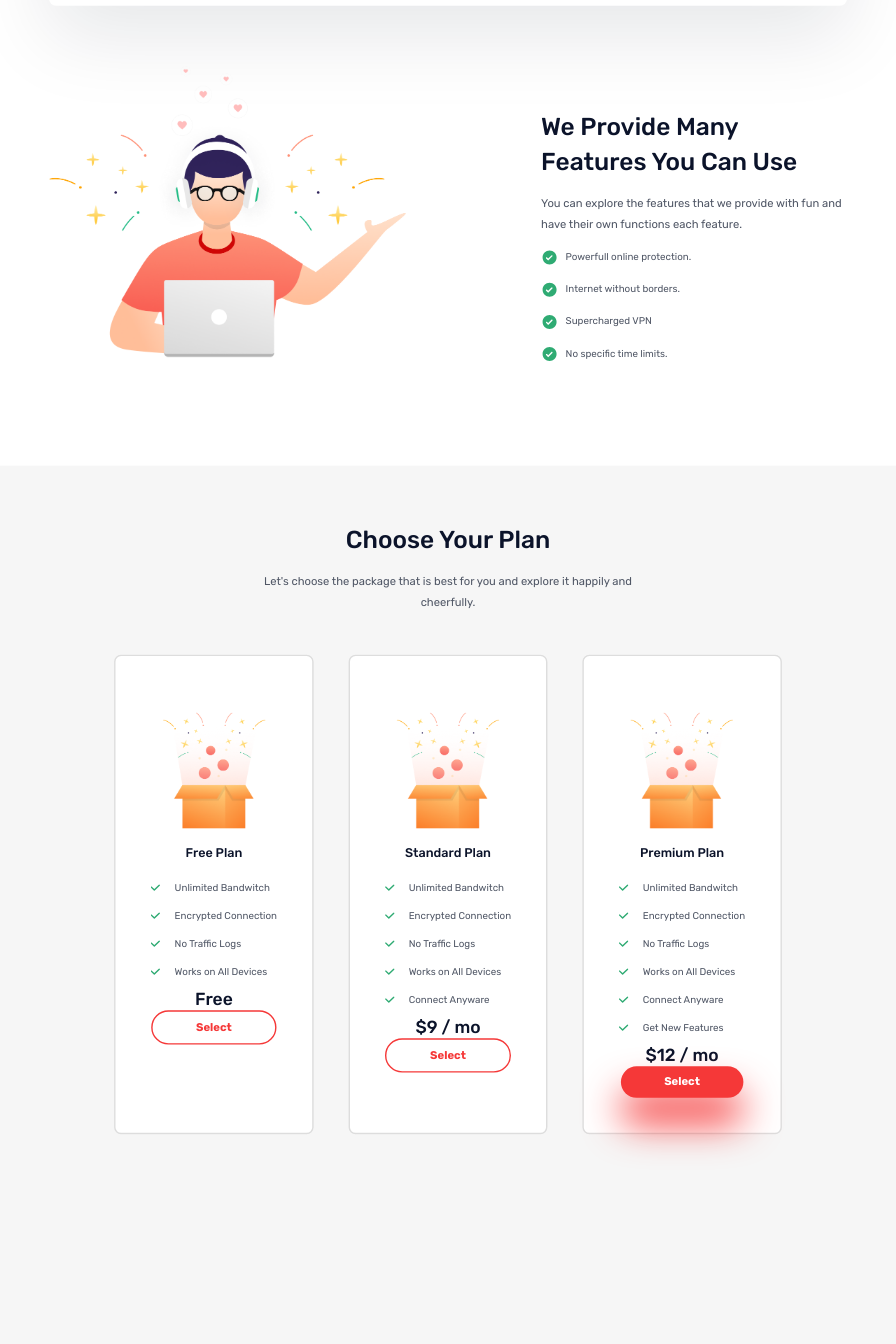
Repository: thefellowshiplotr/lasles_recode
Page: index.html
These files come from the project's save history. The page is drawn as it stood at one moment and after the next save; the edit follows.
The browser window is 1280 px wide. The pictures show the part of the page from y = 826 to 2746 px (the page is 2746 px tall), at 70% of full size.
The style sheet was rebuilt from its Sass, Less or Tailwind sources for each picture, by a compiler version that may differ from the author's.

Above is the page before, as saved 2022-10-28 16:38:28.

### index.html
<!DOCTYPE html>
<html lang="en">
  <head>
    <meta charset="UTF-8" />
    <meta http-equiv="X-UA-Compatible" content="IE=edge" />
    <meta name="viewport" content="width=device-width, initial-scale=1.0" />
    <title>Lasles Vpn</title>
    <link rel="preconnect" href="https://fonts.googleapis.com" />
    <link rel="preconnect" href="https://fonts.gstatic.com" crossorigin />
    <link
      href="https://fonts.googleapis.com/css2?family=Rubik:wght@400;500;700&display=swap"
      rel="stylesheet"
    />
    <link rel="stylesheet" href="./css/app.css" />
  </head>
  <body>
    <div class="wrapper">
      <header class="header">
        <div class="container">
          <div class="header-container">
            <img srcset="./img/logo.png 2x" alt="" class="header-logo" />
            <ul class="menu">
              <li class="menu-item">
                <a href="#" class="menu-link">About</a>
              </li>
              <li class="menu-item">
                <a href="#" class="menu-link">Features</a>
              </li>
              <li class="menu-item">
                <a href="#" class="menu-link">Pricing</a>
              </li>
              <li class="menu-item">
                <a href="#" class="menu-link">Testimonials</a>
              </li>
              <li class="menu-item">
                <a href="#" class="menu-link">Help</a>
              </li>
            </ul>
            <div class="header-auth">
              <a href="#" class="header-signin">Sign In</a>
              <a href="#" class="header-signup">Sign Up</a>
            </div>
          </div>
        </div>
      </header>
    </div>
    <div class="wrapper">
      <section class="hero">
        <div class="container">
          <div class="hero-container">
            <div class="hero-content">
              <h1 class="hero-heading">
                Want anything to be easy with
                <strong class="hero-laslesvpn">LaslesVPN.</strong>
              </h1>
              <p class="hero-desc">
                Provide a network for all your needs with ease and fun using
                <strong class="hero-laslesvpn2">LaslesVPN</strong> discover
                interesting features from us.
              </p>
            </div>
            <div class="hero-btn">
              <a href="" class="button button-primary">Get Started</a>
            </div>
            <div class="hero-img">
              <img srcset="./img/hero-image.png 2x" alt="" />
            </div>
          </div>
        </div>
      </section>
    </div>
    <div class="wrapper">
      <section class="intro">
        <div class="container">
          <div class="intro-container">
            <div class="intro-item">
              <div class="intro-icon">
                <img srcset="./img/user.png 2x" alt="" />
              </div>
              <div class="intro-info">
                <div class="intro-title">90+</div>
                <p class="intro-text">Users</p>
              </div>
            </div>
            <div class="intro-item">
              <div class="intro-icon">
                <img srcset="./img/location.png 2x" alt="" />
              </div>
              <div class="intro-info">
                <div class="intro-title">30+</div>
                <p class="intro-text">Locations</p>
              </div>
            </div>
            <div class="intro-item">
              <div class="intro-icon">
                <img srcset="./img/server.png 2x" alt="" />
              </div>
              <div class="intro-info">
                <div class="intro-title">50+</div>
                <p class="intro-text">Servers</p>
              </div>
            </div>
          </div>
        </div>
      </section>
    </div>
    <div class="wrapper">
      <section class="feature">
        <div class="container">
          <div class="feature-container">
            <img
              srcset="./img/feature-image.png 2x"
              alt=""
              class="feature-img"
            />
            <div class="feature-content">
              <h2 class="feature-heading">
                We Provide Many Features You Can Use
              </h2>
              <p class="feature-desc">
                You can explore the features that we provide with fun and have
                their own functions each feature.
              </p>
              <div class="feature-list">
                <div class="feature-item">
                  <img src="./img/icon-check.svg" alt="" />
                  <span>Powerfull online protection.</span>
                </div>
                <div class="feature-item">
                  <img src="./img/icon-check.svg" alt="" />
                  <span>Internet without borders.</span>
                </div>
                <div class="feature-item">
                  <img src="./img/icon-check.svg" alt="" />
                  <span>Supercharged VPN</span>
                </div>
                <div class="feature-item">
                  <img src="./img/icon-check.svg" alt="" />
                  <span>No specific time limits.</span>
                </div>
              </div>
            </div>
          </div>
        </div>
      </section>
    </div>
    <div class="wrapper background-plan">
      <section class="plan">
        <div class="container">
          <div class="plan-container">
            <div class="plan-header">
              <h2 class="plan-heading">Choose Your Plan</h2>
              <p class="plan-desc">
                Let's choose the package that is best for you and explore it
                happily and cheerfully.
              </p>
            </div>
            <div class="plan-list">
              <div class="plan-item">
                <div class="plan-img">
                  <img srcset="./img/plan.png 2x" alt="" />
                </div>
                <div class="plan-title">Free Plan</div>
                <div class="plan-details">
                  <div class="plan-info">
                    <img
                      src="./img/icon-check-line.svg"
                      alt=""
                      class="plan-icon"
                    />
                    <span>Unlimited Bandwitch</span>
                  </div>
                  <div class="plan-info">
                    <img
                      src="./img/icon-check-line.svg"
                      alt=""
                      class="plan-icon"
                    />
                    <span>Encrypted Connection</span>
                  </div>
                  <div class="plan-info">
                    <img
                      src="./img/icon-check-line.svg"
                      alt=""
                      class="plan-icon"
                    />
                    <span>No Traffic Logs</span>
                  </div>
                  <div class="plan-info">
                    <img
                      src="./img/icon-check-line.svg"
                      alt=""
                      class="plan-icon"
                    />
                    <span>Works on All Devices</span>
                  </div>
                </div>
                <h3 class="plan-price">Free</h3>
                <a href="" class="button button-rounded">Select</a>
              </div>
              <div class="plan-item">
                <div class="plan-img">
                  <img srcset="./img/plan.png 2x" alt="" />
                </div>
                <div class="plan-title">Standard Plan</div>
                <div class="plan-details">
                  <div class="plan-info">
                    <img
                      src="./img/icon-check-line.svg"
                      alt=""
                      class="plan-icon"
                    />
                    <span>Unlimited Bandwitch</span>
                  </div>
                  <div class="plan-info">
                    <img
                      src="./img/icon-check-line.svg"
                      alt=""
                      class="plan-icon"
                    />
                    <span>Encrypted Connection</span>
                  </div>
                  <div class="plan-info">
                    <img
                      src="./img/icon-check-line.svg"
                      alt=""
                      class="plan-icon"
                    />
                    <span>No Traffic Logs</span>
                  </div>
                  <div class="plan-info">
                    <img
                      src="./img/icon-check-line.svg"
                      alt=""
                      class="plan-icon"
                    />
                    <span>Works on All Devices</span>
                  </div>
                  <div class="plan-info">
                    <img
                      src="./img/icon-check-line.svg"
                      alt=""
                      class="plan-icon"
                    />
                    <span>Connect Anyware</span>
                  </div>
                </div>
                <h3 class="plan-price">$9 / mo</h3>
                <a href="" class="button button-rounded">Select</a>
              </div>
              <div class="plan-item">
                <div class="plan-img">
                  <img srcset="./img/plan.png 2x" alt="" />
                </div>
                <div class="plan-title">Premium Plan</div>
                <div class="plan-details">
                  <div class="plan-info">
                    <img
                      src="./img/icon-check-line.svg"
                      alt=""
                      class="plan-icon"
                    />
                    <span>Unlimited Bandwitch</span>
                  </div>
                  <div class="plan-info">
                    <img
                      src="./img/icon-check-line.svg"
                      alt=""
                      class="plan-icon"
                    />
                    <span>Encrypted Connection</span>
                  </div>
                  <div class="plan-info">
                    <img
                      src="./img/icon-check-line.svg"
                      alt=""
                      class="plan-icon"
                    />
                    <span>No Traffic Logs</span>
                  </div>
                  <div class="plan-info">
                    <img
                      src="./img/icon-check-line.svg"
                      alt=""
                      class="plan-icon"
                    />
                    <span>Works on All Devices</span>
                  </div>
                  <div class="plan-info">
                    <img
                      src="./img/icon-check-line.svg"
                      alt=""
                      class="plan-icon"
                    />
                    <span>Connect Anyware</span>
                  </div>
                  <div class="plan-info">
                    <img
                      src="./img/icon-check-line.svg"
                      alt=""
                      class="plan-icon"
                    />
                    <span>Get New Features</span>
                  </div>
                </div>
                <h3 class="plan-price">$12 / mo</h3>
                <a href="" class="button button-full">Select</a>
              </div>
            </div>
          </div>
        </div>
      </section>
    </div>
  </body>
</html>

### sass/app.scss
@import "reset";
@import "variables";
@import "global";
@import "header";
@import "menu";
@import "hero";
@import "intro";
@import "feature";
@import "plan";

### sass/_variables.scss
$font: "Rubik", sans-serif;
$text-color: #4f5665;
$heading-color: #0b132a;
$primary-color: #f53838;
$secondary-color: #f53855;
$gray-color: #f6f6f6;
$gray-light-color: #f8f8f8;
$gray-lighter-color: #afb5c0;

### sass/_global.scss
.wrapper {
  max-width: 1440px;
  margin: 0 auto;
}

.container {
  max-width: 1170px;
  margin: 0 auto;
  padding: 0 15px;
}

body {
  line-height: 1;
  font-family: $font;
  color: $text-color;
  font-weight: 400;
}

.button {
  &-primary {
    color: #fff;
    padding: 17px 77px;
    border: none;
    background-color: $primary-color;
    border: 1px solid;
    border-radius: 10px;
    white-space: nowrap;
  }
  &-rounded {
    color: $primary-color;
    background-color: #fff;
    border: 2px solid $primary-color;
    border-radius: 100rem;
    padding: 13px 62px;
    font-weight: 700;
    font-size: 16px;
    line-height: calc(18.96 / 16);
  }
  &-full {
    color: #fff;
    background-color: $primary-color;
    padding: 13px 62px;
    border: none;
    border-radius: 100rem;
    font-weight: 700;
    font-size: 16px;
    line-height: calc(18.96 / 16);
    box-shadow: 0 37px 54px 0px $primary-color;
  }
}
.background-plan {
  background-color: $gray-color;
}

### sass/_header.scss
.header {
  padding-top: 30px;
  padding-bottom: 90px;
  &-container {
    display: flex;
    justify-content: space-between;
    align-items: center;
  }
  &-auth {
    display: flex;
    align-items: center;
    gap: 0 30px;
  }
  &-signin {
    color: $heading-color;
    font-weight: 500;
    font-size: 16px;
    line-height: calc(18.96 / 16);
  }
  &-signup {
    color: $secondary-color;
    font-weight: 500;
    font-size: 16px;
    line-height: calc(18.96 / 16);
    padding: 13px 45px;
    border: 1px solid $secondary-color;
    border-radius: 50px;
    // border-radius: 100rem;
  }
}

### sass/_menu.scss
.menu {
  list-style: none;
  display: flex;
  align-items: center;
  gap: 0 40px;
  &-link {
    color: inherit;
    font-size: 16px;
    line-height: calc(18.96 / 16);
  }
}

### sass/_hero.scss
.hero {
  padding-bottom: 100px;
  &-container {
    display: flex;
    justify-content: space-between;
    align-items: center;
    position: relative;
    gap: 0 40px;
    align-items: center;
  }
  &-content {
    width: 100%;
    max-width: 555px;
    display: flex;
    align-items: center;
    flex-direction: column;
    align-content: center;
  }
  &-img {
    position: absolute;
    top: 50%;
    transform: translate(40px, -40%);
    right: 0;
  }
  &-heading {
    color: $heading-color;
    font-weight: 500;
    font-size: 50px;
    line-height: calc(70 / 50);
    margin-bottom: 20px;
  }
  &-desc {
    font-weight: 400;
    font-size: 16px;
    line-height: calc(30 / 16);
    margin-bottom: 50px;
  }
  &-laslesvpn {
    font-weight: 700;
    font-size: 50px;
    line-height: calc(70 / 50);
  }
  &-btn {
    font-weight: 700;
    font-size: 16px;
    line-height: calc(25 / 16);
    position: absolute;
    left: 0;
    bottom: -55px;
    box-shadow: 0 37px 54px 0px $primary-color;
  }
}

### sass/_intro.scss
.intro {
  padding: 57px 0;
  margin-top: 40px;
  &-container {
    background: #ffffff;
    padding: 37px 0;
    border-radius: 10px;
    box-shadow: 0 42px 114px 0 rgb(13 16 37 / 10%);
    display: grid;
    grid-template-columns: repeat(3, minmax(0, 1fr));
    grid-gap: 0 50px;
    min-height: 200px;
  }
  &-item {
    display: flex;
    align-items: center;
    justify-content: center;
    gap: 0 36.5px;
  }
  &-item:nth-child(2) {
    border-left: 2px solid #eeeff2;
    border-right: 2px solid #eeeff2;
  }
  &-title {
    color: $heading-color;
    font-weight: 700;
    font-size: 25px;
    line-height: calc(30 / 25);
  }
  &-text {
    color: $text-color;
    font-weight: 400;
    font-size: 20px;
    line-height: calc(30 / 20);
  }
}

### sass/_feature.scss
.feature {
  padding-bottom: 126px;
  &-container {
    display: flex;
    justify-content: space-between;
    align-items: center;
  }
  &-content {
    margin-top: 90px;
  }
  &-heading {
    width: 383px;
    color: $heading-color;
    font-weight: 500;
    font-size: 35px;
    line-height: calc(50 / 35);
    margin-bottom: 20px;
  }
  &-desc {
    width: 437px;
    font-weight: 400;
    font-size: 16px;
    line-height: calc(30 / 16);
    margin-bottom: 20px;
  }
  &-item {
    display: flex;
    justify-content: flex-start;
    align-items: center;
    gap: 0 10px;
    font-size: 14px;
    margin-bottom: 21px;
  }
}

### sass/_plan.scss
.plan {
  padding-bottom: 150px;
  &-container {
    display: flex;
    align-items: center;
    justify-content: center;
    text-align: center;
    flex-direction: column;
  }
  &-header {
    margin-top: 80px;
  }
  &-heading {
    color: $heading-color;
    font-weight: 500;
    font-size: 35px;
    line-height: calc(50 / 35);
    margin-bottom: 20px;
  }
  &-desc {
    width: 555px;
    font-weight: 40;
    font-size: 16px;
    line-height: calc(30 / 16);
  }
  &-list {
    margin-top: 60px;
    display: grid;
    grid-template-columns: repeat(3, 1fr);
    grid-gap: 0 50px;
    margin-bottom: 150px;
  }
  &-item {
    background-color: #fff;
    border: 2px solid #dddddd;
    border-radius: 10px;
    padding: 80px 50px 50px;
    display: flex;
    flex-direction: column;
    align-items: center;
  }
  &-title {
    color: $heading-color;
    margin-top: 20px;
    margin-bottom: 20px;
    font-weight: 500;
    font-size: 18px;
    line-height: calc(30 / 18);
  }
  &-info {
    display: flex;
    align-items: center;
    gap: 0 20px;
    margin-bottom: 10px;
    font-size: 14px;
    line-height: calc(30 / 14);
  }
  &-price {
    color: $heading-color;
    font-weight: 500;
    font-size: 25px;
    line-height: calc(30 / 25);
  }
}

Loaded but not shown: sass/_reset.scss (common file)

After the next save:
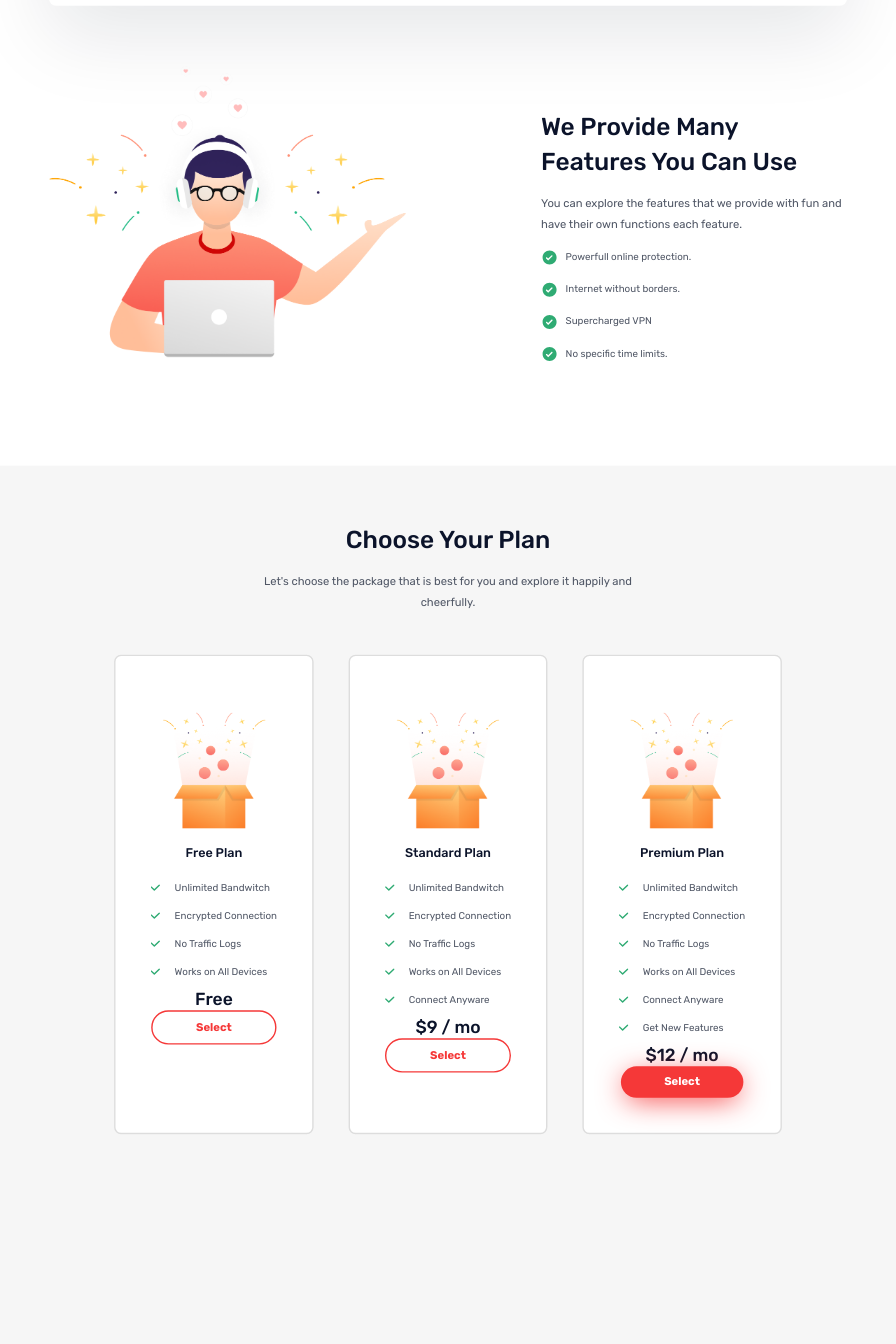
Saved 73 s later.
--- a/sass/_global.scss
+++ b/sass/_global.scss
@@ -45,7 +45,7 @@
     font-weight: 700;
     font-size: 16px;
     line-height: calc(18.96 / 16);
-    box-shadow: 0 37px 54px 0px $primary-color;
+    box-shadow: 0 8px 41px -6px $primary-color;
   }
 }
 .background-plan {
